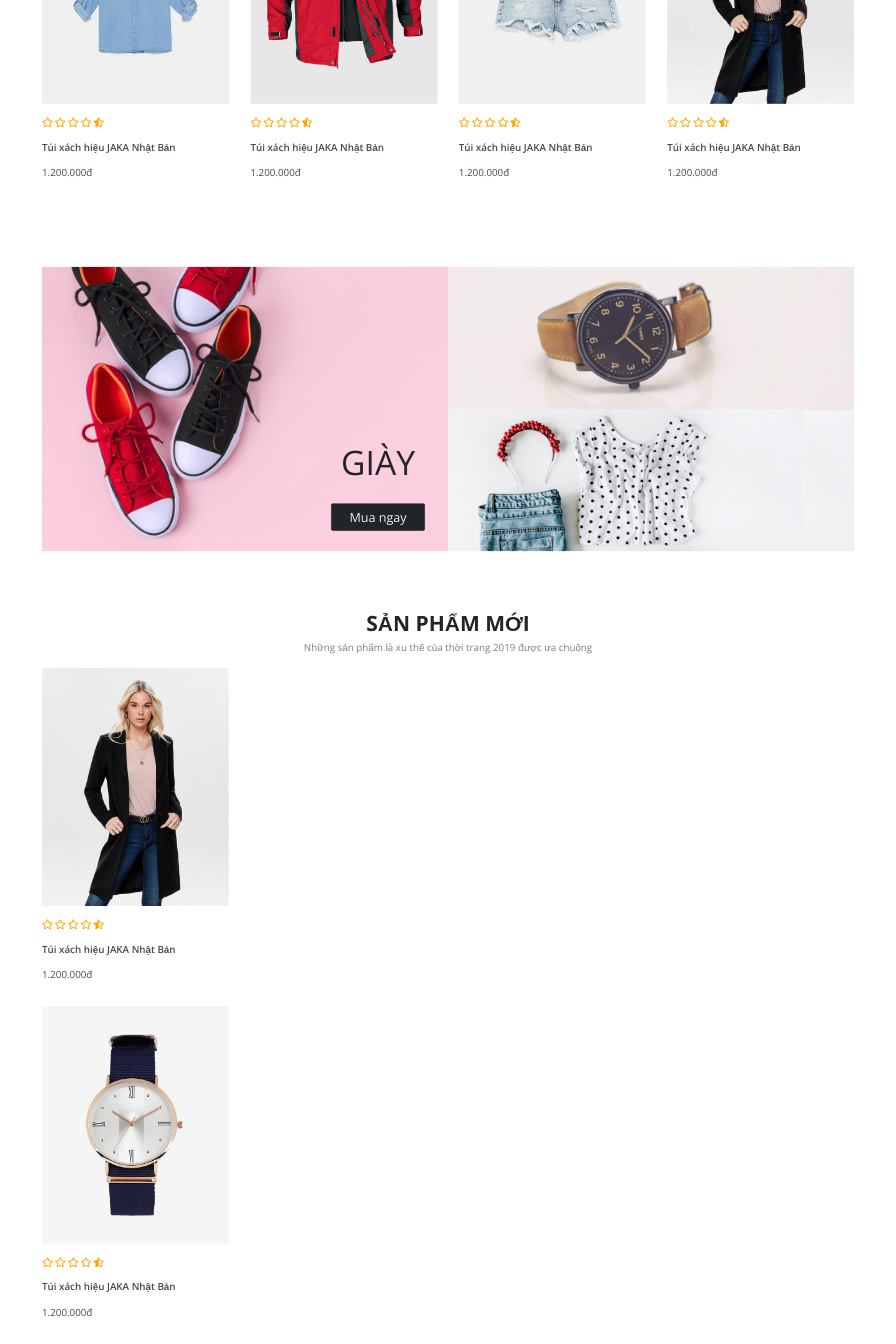
Repository: vinhtk0209/clothes-shop
Page: index.html
An editor plug-in stored every save of this project. The page is shown before and after the next save, followed by the edit.
The browser window is 1280 px wide. The pictures show the part of the page from y = 1805 to 3725 px (the page is 3725 px tall before and 2760 px after), at 70% of full size.

Above is the page before, as saved 2021-10-06 15:46:56.

After the next save:
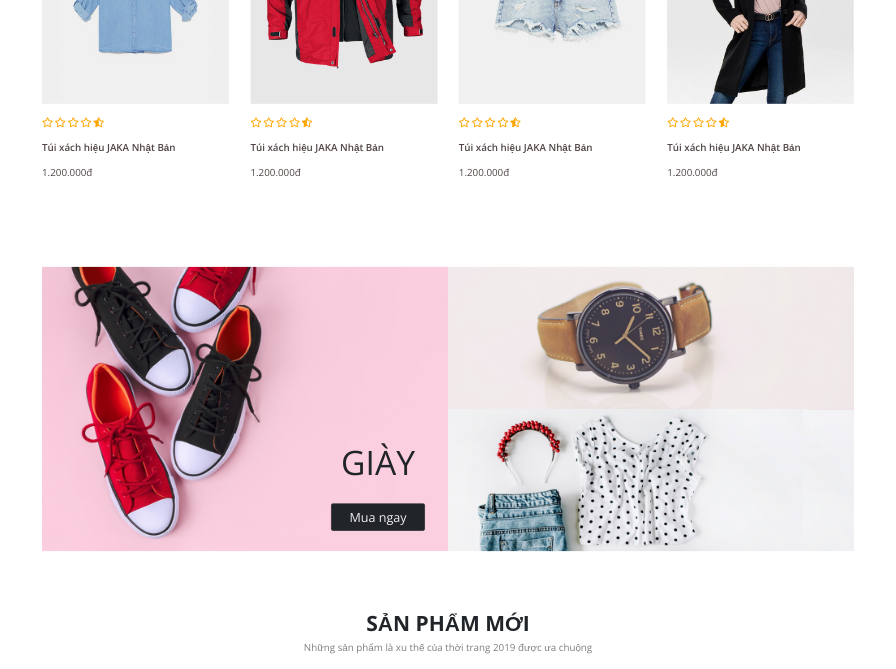
Saved 45 s later.
--- a/index.html
+++ b/index.html
@@ -14,6 +14,14 @@
       href="https://fonts.googleapis.com/css2?family=Open+Sans:wght@400;600;700&display=swap"
       rel="stylesheet"
     />
+    <link
+    rel="stylesheet"
+    href="assets/slider/owlcarousel/assets/owl.carousel.min.css"
+  />
+  <link
+    rel="stylesheet"
+    href="assets/slider/owlcarousel/assets/owl.theme.default.min.css"
+  />
     <script src="assets/js/jquery.min.js"></script>
     <link rel="stylesheet" href="assets/css/main.css" />
   </head>
